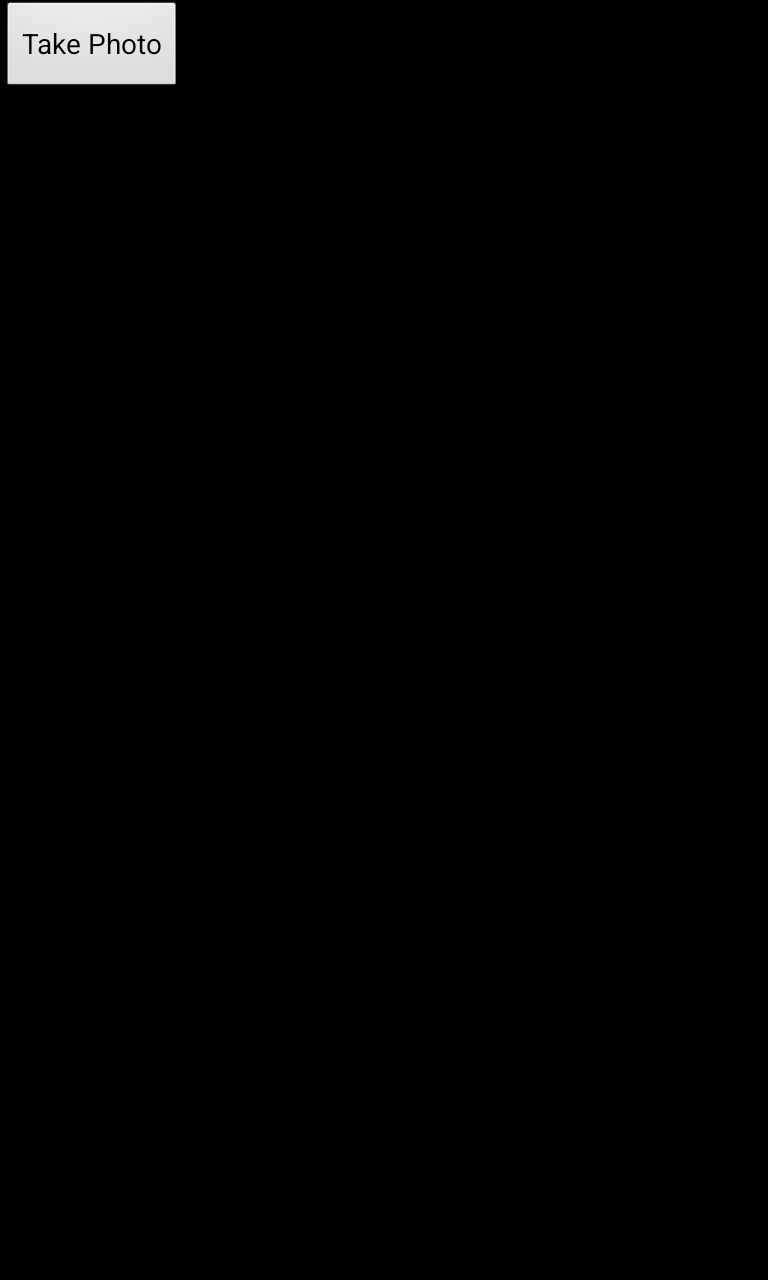
Repository: cephas-digital/phytosenseit
Layout: Eclipse Project /phyto_sense_it/res/layout/tutorial3_surface_view.xml
The author's editor kept a copy of each file at every save. The layout is drawn from the files as they stood at one save, then again after the next save.
It is drawn on a 768 x 1280 px phone screen (xhdpi) without system bars, with theme android:Theme.NoTitleBar.Fullscreen; the app's code is not run.

Above is the layout before, as saved 2015-07-27 19:52:21.

### Eclipse Project /phyto_sense_it/res/layout/tutorial3_surface_view.xml
<LinearLayout xmlns:android="http://schemas.android.com/apk/res/android"
    xmlns:tools="http://schemas.android.com/tools"
    android:layout_width="match_parent"
    android:layout_height="match_parent"
    android:orientation="vertical" >

    <org.opencv.samples.tutorial3.Tutorial3View
        android:id="@+id/tutorial3_activity_java_surface_view"
        android:layout_width="match_parent"
        android:layout_height="wrap_content"
        android:visibility="gone" />

    <ImageView
        android:id="@+id/imageView"
        android:layout_width="match_parent"
        android:layout_height="wrap_content" />

    <Button
        android:id="@+id/button1"
        android:layout_width="wrap_content"
        android:layout_height="wrap_content"
        android:text="Take Photo" />

</LinearLayout>

After the next save:
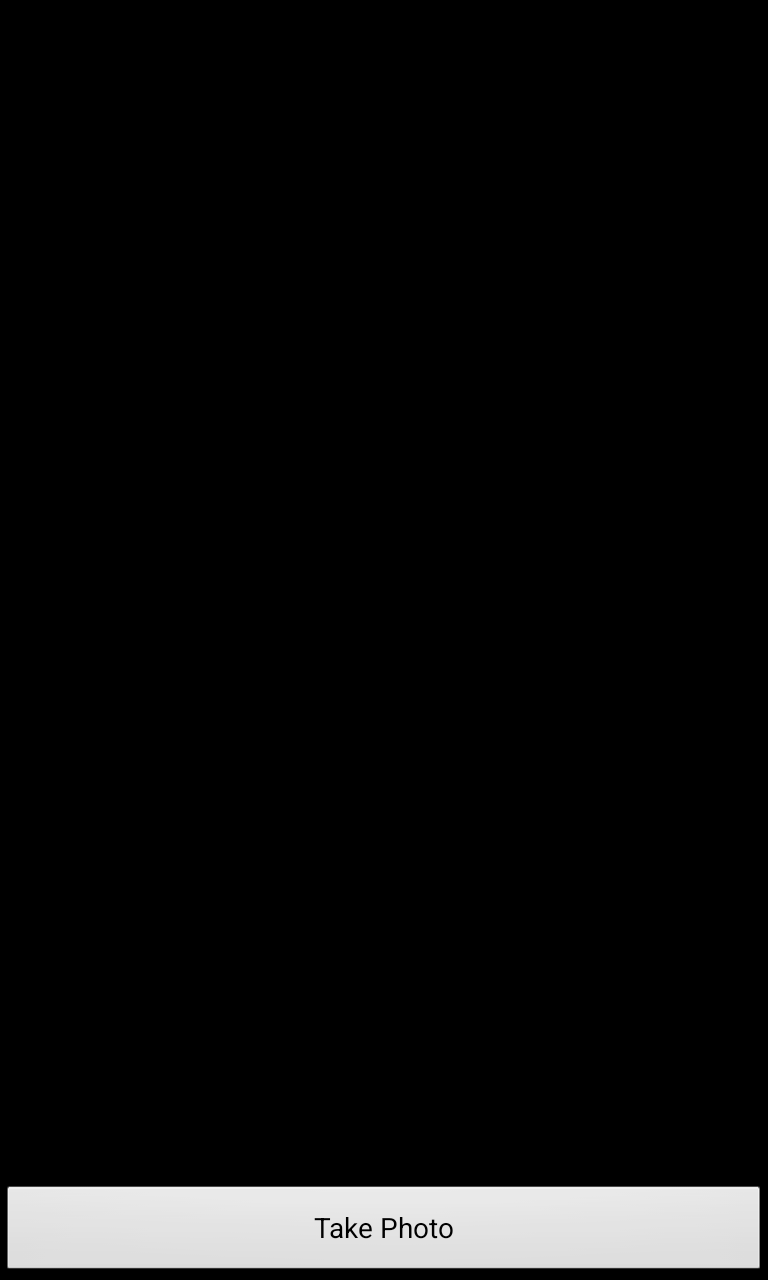
Saved 2 min 58 s later.
--- a/Eclipse Project /phyto_sense_it/res/layout/tutorial3_surface_view.xml
+++ b/Eclipse Project /phyto_sense_it/res/layout/tutorial3_surface_view.xml
@@ -7,18 +7,21 @@
     <org.opencv.samples.tutorial3.Tutorial3View
         android:id="@+id/tutorial3_activity_java_surface_view"
         android:layout_width="match_parent"
-        android:layout_height="wrap_content"
+        android:layout_height="0dp"
+        android:layout_weight="1"
         android:visibility="gone" />
 
     <ImageView
         android:id="@+id/imageView"
         android:layout_width="match_parent"
-        android:layout_height="wrap_content" />
+        android:layout_height="0dp"
+        android:layout_weight="1" />
 
     <Button
         android:id="@+id/button1"
-        android:layout_width="wrap_content"
+        android:layout_width="match_parent"
         android:layout_height="wrap_content"
+        android:gravity="center_vertical|center_horizontal|bottom|top"
         android:text="Take Photo" />
 
 </LinearLayout>
